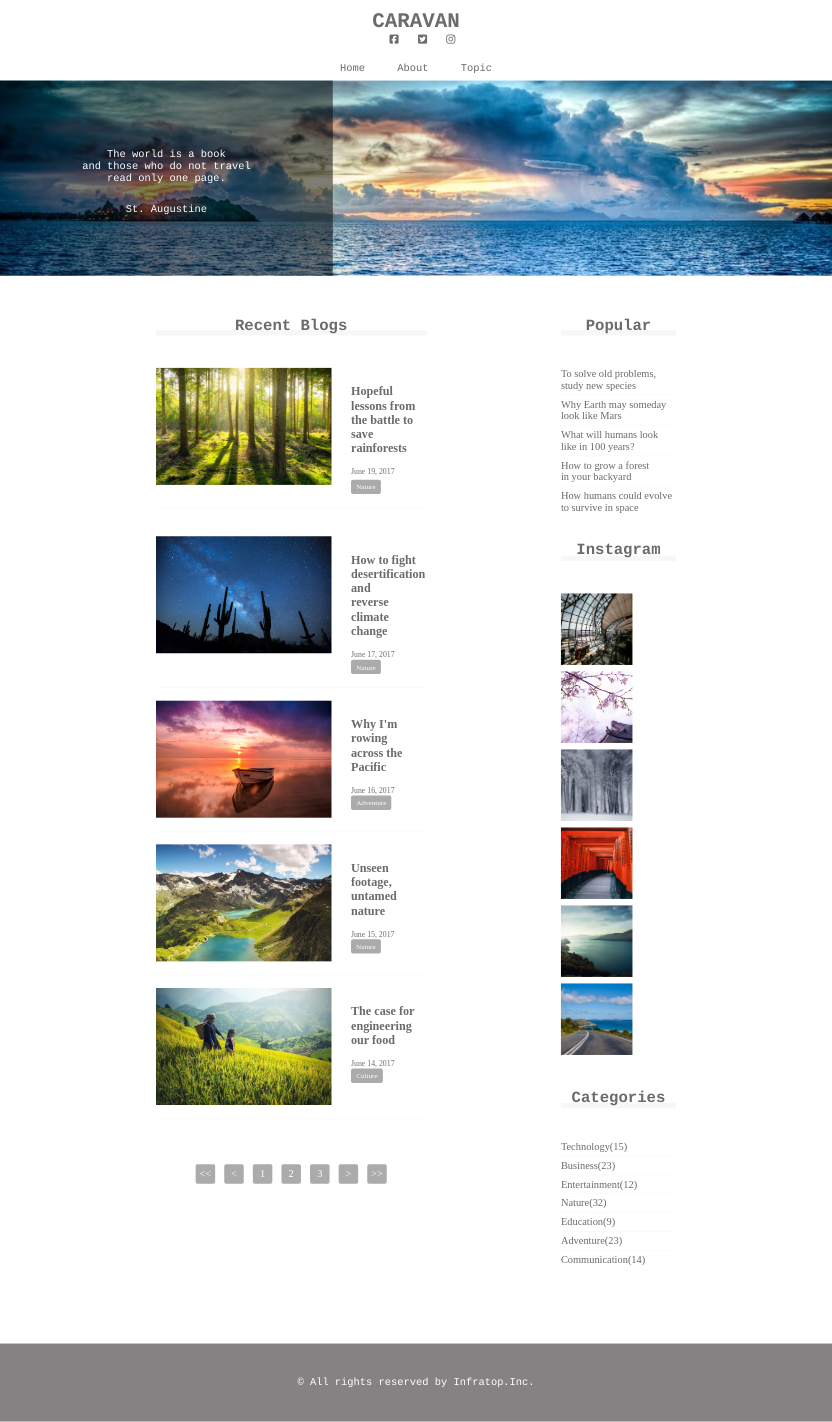
Repository: omuomu7/Bookers2
Page: caravan/index.html
The author's editor kept a record of every edit. The page is drawn from the files as they stood at one moment, then again after the next edit.
The browser window is 1280 px wide. The pictures show the whole page, at 65% of full size.
Some web libraries are served in a nearby version.

Above is the page before.

### caravan/index.html
<!DOCTYPE html>
<html lang="ja">
  <head>
    <meta charset="UTF-8" />
    <meta name="viewport" content="width=device-width,initial-scale=1.0">
    <!-- CSSファイルの読み込み -->
    <script src="https://kit.fontawesome.com/b4959d587e.js" crossorigin="anonymous"></script>
    <link rel="stylesheet" href="style.css" />
    <title>CARAVAN</title>
  </head>

  <body>
      <!-- header -->
    <header>
        <h1 class="heading">
          <a href="index.html">
            CARAVAN
          </a>
      </h1>

       <div class="social">
         <i class="fab fa-facebook-square"></i>
         <i class="fab fa-twitter-square"></i>
         <i class="fab fa-instagram"></i>
       </div>


    </header>

     <!-- navigation -->
    <nav>
      <ul class="nav-list">
          <li class="nav-list-item">
          <a href="index.html">Home</a>
        </li>
        <li class="nav-list-item">About</li>
        <li class="nav-list-item">Topic</li>
      </ul>
    </nav>

      <div class="main-visual">
        <div class="main-visual-content">
         <p class="main-visual-text">
          The world is a book<br />
          and those who do not travel<br />
          read only one page.
        </p>
        <p class="main-visual-name">
          St. Augustine
        </p>
       </div>
      </div>


      <div class="main">
          <div class="blog"></div>
          <div class="sidebar"></div>
      </div>

    <main>
      <section class="blog">
        <h2 class="blog-heading">Recent Blogs</h2>
          <div class="blog-box">
          <div class="blog-item">
          <img class="blog-image" src="img/forest.jpg">
          <section class="blog-text">
            <h3 class="blog-text-heading">
              <a href="single.html">
                Hopeful lessons from<br>
                the battle to save<br>
                rainforests
              </a>
            </h3>
            <p class="blog-date">June 19, 2017</p>
            <span class="category">Nature</span>
      　　</section>
      　</div>
      　<div class="blog-item">
            <img class="blog-image" src="img/desert.jpg" />
            <section class="blog-text">
              <h3 class="blog-text-heading">
                <a href="single.html">
                  How to fight<br>
                  desertification and<br>
                  reverse climate change
                </a>
              </h3>
              <p class="blog-date">June 17, 2017</p>
              <span class="category">Nature</span>
            </section>
          </div>
          <div class="blog-item">
            <img class="blog-image" src="img/sunset.jpg" />
            <section class="blog-text">
              <h3 class="blog-text-heading">
                <a href="single.html">
                  Why I'm rowing<br>
                  across the Pacific
                </a>
              </h3>
              <p class="blog-date">June 16, 2017</p>
              <span class="category">Adventure</span>
            </section>
          </div>
          <div class="blog-item">
            <img class="blog-image" src="img/italy.jpg" />
            <section class="blog-text">
              <h3 class="blog-text-heading">
                <a href="single.html">
                  Unseen footage,<br>
                  untamed nature
                </a>
              </h3>
              <p class="blog-date">June 15, 2017</p>
              <span class="category">Nature</span>
            </section>
          </div>
          <div class="blog-item">
            <img class="blog-image" src="img/asia.jpg" />
            <section class="blog-text">
              <h3 class="blog-text-heading">
                <a href="single.html">
                  The case for<br>
                  engineering our food
                </a>
              </h3>
              <p class="blog-date">June 14, 2017</p>
              <span class="category">Culture</span>
            </section>
          </div>
        </div>
        <div class="pagination">
          <p><<</p>
          <p><</p>
          <p>1</p>
          <p>2</p>
          <p>3</p>
          <p>></p>
          <p>>></p>
        </div>
    </section>
    <div class="sidebar"></div>

    <div class="sidebar">
        <section class="popular">
          <h2 class="popular-heading common-heading">Popular</h2>
          <div class="sidebar-contents">
            <p class="popular-text">To solve old problems,<br>study new species</p>
            <p class="popular-text">Why Earth may someday<br>look like Mars</p>
            <p class="popular-text">What will humans look<br>like in 100 years?</p>
            <p class="popular-text">How to grow a forest<br>in your backyard</p>
            <p class="popular-text">How humans could evolve<br>to survive in space</p>
          </div>
        </section>
        <section class="instagram">
          <h2 class="instagram-heading common-heading">Instagram</h2>
          <div class="sidebar-contents">
            <div class="instagram-box"></div>
            <div class="instagram-box"></div>
            <div class="instagram-box"></div>
            <div class="instagram-box"></div>
            <div class="instagram-box"></div>
            <div class="instagram-box"></div>
          </div>
        </section>
        <section class="categories">
          <h2 class="categories-heading common-heading">Categories</h2>
          <div class="sidebar-contents">
            <p class="categories-text">Technology(15)</p>
            <p class="categories-text">Business(23)</p>
            <p class="categories-text">Entertainment(12)</p>
            <p class="categories-text">Nature(32)</p>
            <p class="categories-text">Education(9)</p>
            <p class="categories-text">Adventure(23)</p>
            <p class="categories-text">Communication(14)</p>
          </div>
        </section>
      </div>
    </main>

 <!-- footer -->
    <footer>
         <p class="footer-text">© All rights reserved by Infratop.Inc.</p>
    </footer>
  </body>

</html>

### caravan/style.css
* {
  margin: 0;
  padding: 0;
  box-sizing: border-box;
  color: #6c6b6b;
}

a {
  text-decoration: none;
}

header, nav, h2, .main-visual, footer {
  font-family: Chalkduster, "Bradley Hand", Courier, "Segoe Print", sans-serif;
}

 header {
  width: 90%; /* 横幅90% */
  padding: 15px 0;
  margin: 0 auto;
  text-align: center;
  position: relative;
}

.social i {
  display: inline-block;
  margin-left: 20px;
}

header .heading { /* headerタグ内のheadingクラスにのみ反映される */
  font-size: 32px;
}

.nav-list {
  text-align: center;
  padding: 10px 0;
  margin: 0 auto;
}

.nav-list-item {
  list-style: none;
  display: inline-block;
  margin: 0 20px;
}

.main-visual {
  width: 100%; /* 横幅いっぱい */
  height: 300px; /* 高さ300px */
  background-image: url(img/mv.jpg);
  background-size: cover; /* 縦横比を維持したまま背景領域を埋め尽くす */
   background-position: center; /* 背景画像を中央に配置 */
 }


.main-visual-content {
  width: 40%; /* 横幅40% */
  height: 300px; /* 親の高さに揃える */
  background-color: rgba( 0, 0, 0, 0.5); /* 背景色を半透明の黒にする */
  text-align: center; /* 文字を中央揃えにする */
  padding-top: 105px; /* 上側の内側余白で垂直方向の位置を調整 */
}

.main-visual-text {
  color: #fff; /* 文字色を白に変更 */
}

.main-visual-name {
  margin-top: 30px; /* 上側の外側の余白 */
  color: #fff; /* 文字色を白に変更 */
}


main {
  width: 800px; /* 横幅800px */
  display: flex; /* Flexboxの利用 */
  justify-content: center; /* 要素の横並び・中央寄せ */
  margin: 0 auto; /* 要素の中央揃え */
  padding: 70px 0; /* 上下に70px、左右に0pxの内側余白 */
}

.blog {
  width: 540px;
  margin-right: 30px; /* 領域の右側余白 */
}

.blog-heading {
  border-bottom: 8px solid #f7f7f7;
  text-align: center;
  line-height: 0.6;
}

.blog-box {
  padding-top: 50px;
}

.blog-item {
  padding-bottom: 20px;
  margin-bottom: 20px;
  border-bottom: 1px solid #f7f7f7;
  display: flex;
  justify-content: flex-start;
}

.blog-image {
  height: 180px;
}

.blog-text {
  padding: 25px 0 0 30px;
}

.blog-text-heading {
  padding-bottom: 15px;
}

.blog-date {
  font-size: 12px;
  display: inline-block;
}

.category {
  display: inline-block;
  padding: 5px 8px;
  background-color: #acabab;
  border-radius: 3px;
  color: #fff;
  font-size: 11px;
}

.pagination {
  text-align: center;
  padding-top: 50px;
}
.pagination p {
  display: inline-block;
  width: 30px;
  height: 30px;
  margin: 0 5px;
  color: #fff;
  background-color: #acabab;
  border-radius: 3px;
  line-height: 30px;
}

.sidebar {
  width: 230px;
}

.common-heading {
  border-bottom: 8px solid #f7f7f7;
  text-align: center;
  line-height: 0.6;
}

.sidebar-contents {
  padding: 50px 0;
}

.popular-text,
.categories-text {
  padding-bottom: 5px;
  border-bottom: 1px solid #f7f7f7;
  margin-bottom: 5px;
}

.popular-text:last-child,
.categories-text:last-child {
  margin: 0;
  padding: 0;
  border: none;
}

.instagram .sidebar-contents {
  display: flex;
  flex-wrap: wrap;
}

.instagram-box {
  width: 110px;
  padding-top: 110px;
  background-size: cover;
  background-position: center;
  margin-bottom: 10px;
}

.instagram-box:nth-child(odd) {
  margin-right: 10px;
}

.instagram-box:nth-child(1) {
  background-image: url(img/airport.jpg);
}

.instagram-box:nth-child(2) {
  background-image: url(img/japan.jpg);
}

.instagram-box:nth-child(3) {
  background-image: url(img/snow.jpg);
}

.instagram-box:nth-child(4) {
  background-image: url(img/japan2.jpg);
}

.instagram-box:nth-child(5) {
  background-image: url(img/lake.jpg);
}

.instagram-box:nth-child(6) {
  background-image: url(img/road.jpg);
}


footer {
  width: 100%;
  height: 120px;
  text-align: center;
  line-height: 120px;
  background-color: #848282;
}

.footer-text {
  color: #fff;
}

After the next edit:
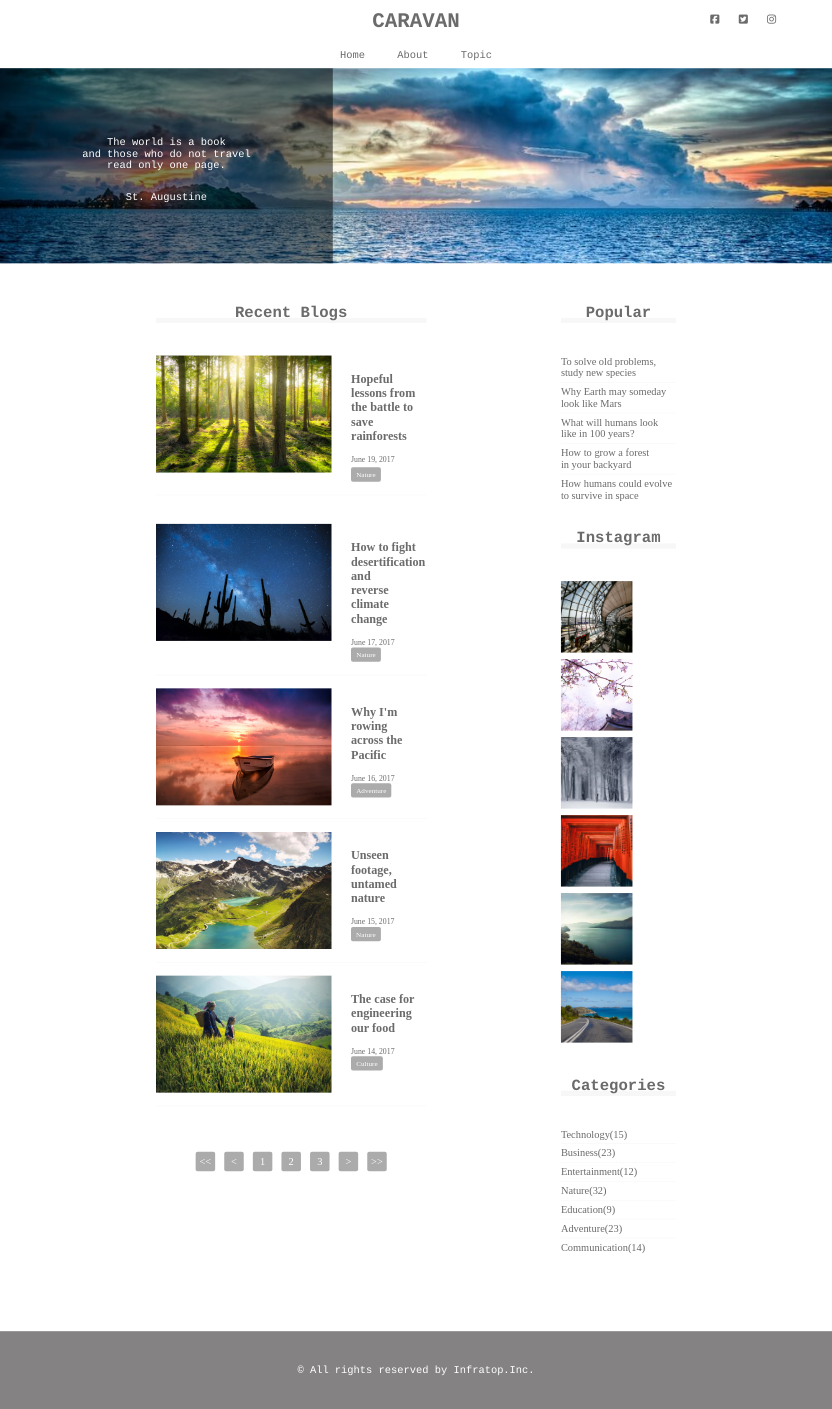
The edit:
--- a/caravan/style.css
+++ b/caravan/style.css
@@ -25,6 +25,13 @@
   display: inline-block;
   margin-left: 20px;
 }
+
+.social {
+  position: absolute;
+  top: 22px;
+  right: 22px;
+}
+
 
 header .heading { /* headerタグ内のheadingクラスにのみ反映される */
   font-size: 32px;
